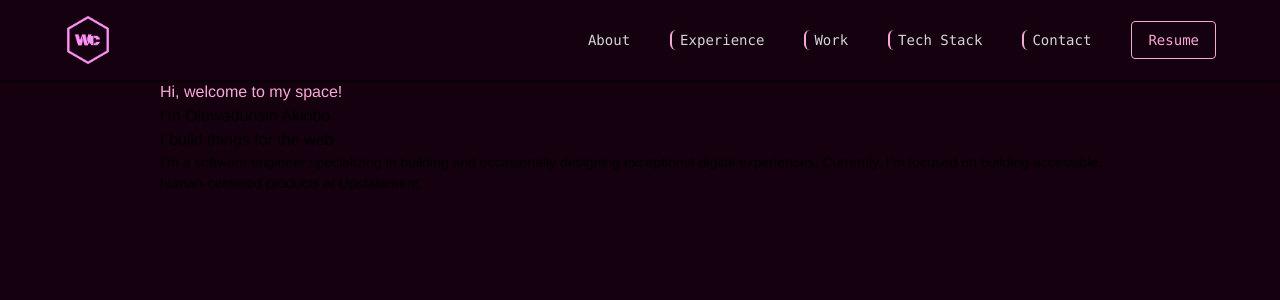
Repository: EmmyDunny1/myPortfolio
Page: / (app in MyPortfolio/)
An editor plug-in stored every save of this project. The page is shown before and after the next save, followed by the edit.
The browser window is 1280 px wide. The pictures show the whole page.
The project was rebuilt for these pictures with package versions that can differ from the ones it lists, and the page was loaded fresh each time. Also part of the build but not shown: MyPortfolio/vite.config.js.

Above is the page before, as saved 2025-01-13 10:36:52.

### MyPortfolio/index.html
<!doctype html>
<html lang="en">
  <head>
    <meta charset="UTF-8" />
    <link rel="icon" type="image/svg+xml" href="/vite.svg" />
    <meta name="viewport" content="width=device-width, initial-scale=1.0" />
    <title>My Portfolio Website</title>
  </head>
  <body>
    <div id="root"></div>
    <script type="module" src="/src/main.jsx"></script>
  </body>
</html>

### MyPortfolio/src/index.css
@tailwind base;
@tailwind components;
@tailwind utilities;


body{

    max-width: 90rem;
  /* margin-left: 2rem;
  margin-right: 2rem; */
  background:   rgb(21, 0, 15);
  font-family: "Helvetica Neue";
  }

  img {
    width: 12rem;
    height: 7rem;
  }

  p{ font-size: 14px

  }

### MyPortfolio/src/App.jsx
import React from 'react'
import Navbar from './components/Navbar'
import HeroSection from './components/HeroSection'
const App = () => {
  return (
    <div>
    <div className=''> <Navbar/> </div>
    <div className='mt-[5rem]'><HeroSection/> </div>

    </div>
  )
}

export default App

### MyPortfolio/src/components/Navbar.jsx
import React from 'react'
import WEBCANIC from '../assets/WEBCANIC.png'

const Navbar = () => {
  return (
    <nav className="fixed top-0 left-0 w-full bg-dark-navy shadow-sm  shadow-black text-gray-300 z-10">
    <div className=" flex items-center justify-between py-4 mx-[4rem]">
      <div className="flex items-center">

          <img src={WEBCANIC} className='h-[3rem] w-[3rem]' alt="" />

      </div>
      <div className="flex items-center space-x-8 ">
        <a
          href="#about"
          className="hover:text-green text-sm font-mono  border-solid border-pink-300 rounded-md px-2 ">
          <div>  </div>  About
        </a>
        <a
          href="#experience"
          className="hover:text-green text-sm font-mono border-l-2 border-solid border-pink-300 rounded-md px-2">
           Experience
        </a>
        <a
          href="#work"
          className="hover:text-green text-sm font-mono border-l-2 border-solid border-pink-300 rounded-md px-2">
           Work
        </a>
        <a
          href="#work"
          className="hover:text-green text-sm font-mono border-l-2 border-solid border-pink-300 rounded-md px-2">
           Tech Stack
        </a>
        <a
          href="#contact"
          className="hover:text-green text-sm font-mono border-l-2 border-solid border-pink-300 rounded-md px-2">
           Contact
        </a>
        <a
          href="/resume.pdf"
          download
          className="border border-green text-pink-300 px-4 py-2 rounded text-sm font-mono hover:bg-green hover:text-dark-navy hover:shadow-sm hover:shadow-gray-300 hover:border-gray-300 hover:text-gray-300 transition border-pink-300">
          Resume
        </a>
      </div>
    </div>
  </nav>
  )
}

export default Navbar

### MyPortfolio/src/components/HeroSection.jsx
import React from 'react'

const HeroSection = () => {
  return (
    <div className='block mx-[10rem] '>

      <div className=''>
        <span className='text-pink-300'>Hi, welcome to my space!</span>
        <h1>I'm Oluwadunsin Akinbo</h1>
        <h2>I build things for the web</h2>

        <p>I’m a software engineer specializing in building and occasionally designing exceptional digital experiences. Currently, I’m focused on building accessible, human-centered products at Upstatement.</p>


      </div>

    </div>
  )
}

export default HeroSection

Loaded but not shown: MyPortfolio/src/main.jsx (common file); MyPortfolio/tailwind.config.js (common file)

After the next save:
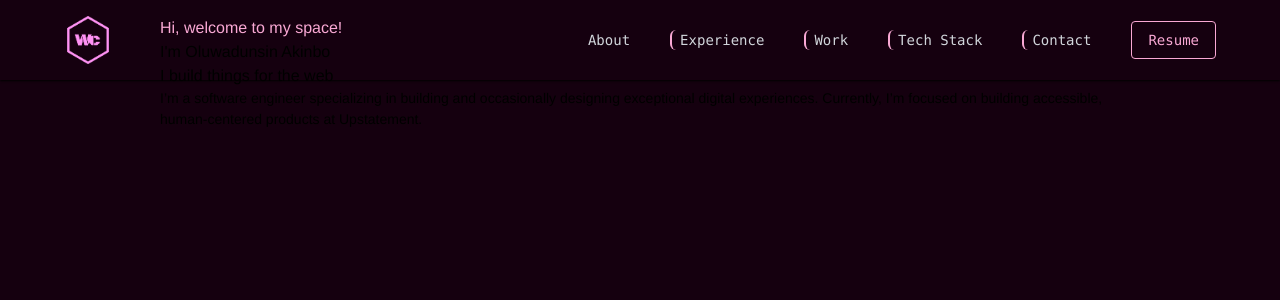
Saved 11 s later.
--- a/MyPortfolio/src/App.jsx
+++ b/MyPortfolio/src/App.jsx
@@ -5,7 +5,7 @@
   return (
     <div>
     <div className=''> <Navbar/> </div>
-    <div className='mt-[5rem]'><HeroSection/> </div>
+    <div className='mt-[1rem]'><HeroSection/> </div>
 
     </div>
   )
